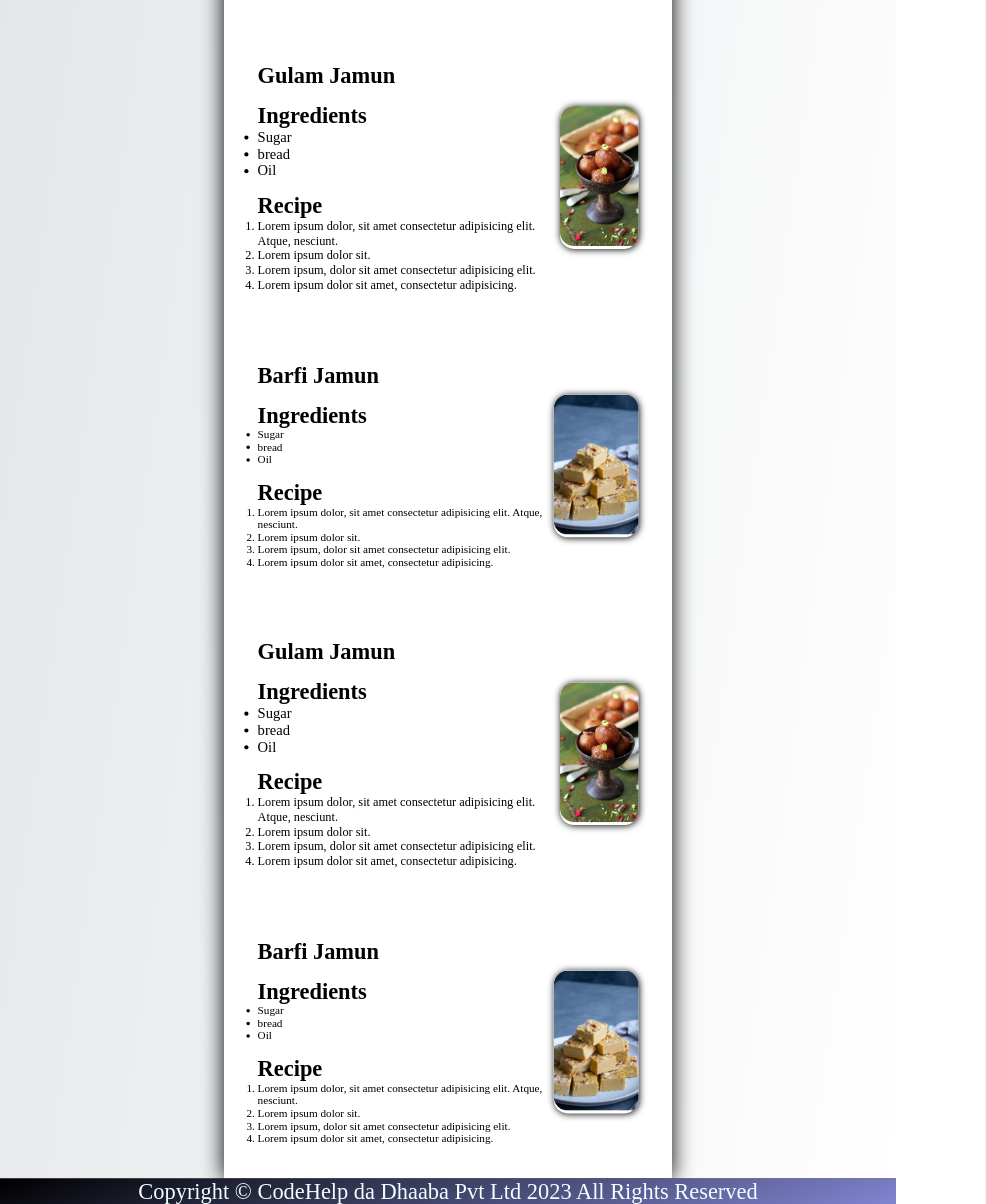
Repository: ssaddamhuss100/Recipe_Html_css
Page: index.html
An editor plug-in stored every save of this project. The page is shown before and after a run of saves, followed by the edit.
The browser window is 1280 px wide. The page is 1408 px wide, so the pictures cover 1408 px, including what lies to the right of the window. The pictures show the part of the page from y = 812 to 2532 px (the page is 2532 px tall before and 2513 px after), at 70% of full size.

Above is the page before, as saved 2024-12-12 10:51:12.

### index.html
<!DOCTYPE html>
<html lang="en">
<head>
    <meta charset="UTF-8">
    <meta http-equiv="X-UA-Compatible" content="IE=edge">
    <meta name="viewport" content="width=device-width, initial-scale=1.0">
    <title>Codehelp da Dhaaba</title>
    <link rel="stylesheet" href="style.css">
</head>
<body>

    <div class="container">

        <header>
            <div class="navContainer">
                <nav>
                    <ul id="navList">
                        <li>
                            <p id="navLogo">CodeHelp da Dhabba</p>
                        </li>
                        <li>
                            <div id="navItems">
                                <a href="#">Home</a>
                                <a href="#">Contact</a>
                                <a href="#">About</a>
                            </div>
                        </li>
                    </ul>
                </nav>
            </div>
        </header>

        <main>
            <div class="contentBox">
                <!-- item 1  -->
                <section>
                    <div class="item">
                        <div class="leftBox">
                            <!-- heaeding -->
                            <h2>Gulam Jamun</h2>

                            <div>
                                <h2>Ingredients</h2>
                                <ul class="ingBox">
                                    <li>Sugar</li>
                                    <li>bread</li>
                                    <li>Oil</li>
                                </ul>
                            </div>

                            <div>
                                <h2>Recipe</h2>
                                <ol class="recipeBox">
                                    <li>Lorem ipsum dolor, sit amet consectetur adipisicing elit. Atque, nesciunt.</li>
                                    <li>Lorem ipsum dolor sit.</li>
                                    <li>Lorem ipsum, dolor sit amet consectetur adipisicing elit.</li>
                                    <li>Lorem ipsum dolor sit amet, consectetur adipisicing.</li>
                                </ol>
                            </div>



                        </div>

                        <div class="rightBox">
                            <img
                                src="bread-gulab-jamun-recipe.jpg"
                            />
                            <div class="overlay">
                                <span> Click here to Buy</span>
                            </div>
                        </div>
                    </div>
                </section>

                <section>
                    <div class="item">
                        <div class="leftBox">
                            <!-- heaeding -->
                            <h2>Barfi Jamun</h2>

                            <div>
                                <h2>Ingredients</h2>
                                <ul>
                                    <li>Sugar</li>
                                    <li>bread</li>
                                    <li>Oil</li>
                                </ul>
                            </div>

                            <div>
                                <h2>Recipe</h2>
                                <ol>
                                    <li>Lorem ipsum dolor, sit amet consectetur adipisicing elit. Atque, nesciunt.</li>
                                    <li>Lorem ipsum dolor sit.</li>
                                    <li>Lorem ipsum, dolor sit amet consectetur adipisicing elit.</li>
                                    <li>Lorem ipsum dolor sit amet, consectetur adipisicing.</li>
                                </ol>
                            </div>



                        </div>
                        <div class="rightBox">
                            <img
                                src="Magaz-5-of-5-2-960x1440.jpg"
                            />
                        </div>
                    </div>
                </section>

                <section>
                    <div class="item">
                        <div class="leftBox">
                            <!-- heaeding -->
                            <h2>Gulam Jamun</h2>

                            <div>
                                <h2>Ingredients</h2>
                                <ul class="ingBox">
                                    <li>Sugar</li>
                                    <li>bread</li>
                                    <li>Oil</li>
                                </ul>
                            </div>

                            <div>
                                <h2>Recipe</h2>
                                <ol class="recipeBox">
                                    <li>Lorem ipsum dolor, sit amet consectetur adipisicing elit. Atque, nesciunt.</li>
                                    <li>Lorem ipsum dolor sit.</li>
                                    <li>Lorem ipsum, dolor sit amet consectetur adipisicing elit.</li>
                                    <li>Lorem ipsum dolor sit amet, consectetur adipisicing.</li>
                                </ol>
                            </div>



                        </div>

                        <div class="rightBox">
                            <img
                                src="bread-gulab-jamun-recipe.jpg"
                            />
                            <div class="overlay">
                                <span> Click here to Buy</span>
                            </div>
                        </div>
                    </div>
                </section>

                <section>
                    <div class="item">
                        <div class="leftBox">
                            <!-- heaeding -->
                            <h2>Barfi Jamun</h2>

                            <div>
                                <h2>Ingredients</h2>
                                <ul>
                                    <li>Sugar</li>
                                    <li>bread</li>
                                    <li>Oil</li>
                                </ul>
                            </div>

                            <div>
                                <h2>Recipe</h2>
                                <ol>
                                    <li>Lorem ipsum dolor, sit amet consectetur adipisicing elit. Atque, nesciunt.</li>
                                    <li>Lorem ipsum dolor sit.</li>
                                    <li>Lorem ipsum, dolor sit amet consectetur adipisicing elit.</li>
                                    <li>Lorem ipsum dolor sit amet, consectetur adipisicing.</li>
                                </ol>
                            </div>



                        </div>
                        <div class="rightBox">
                            <img
                                src="Magaz-5-of-5-2-960x1440.jpg"
                            />
                        </div>
                    </div>
                </section>

                <section>
                    <div class="item">
                        <div class="leftBox">
                            <!-- heaeding -->
                            <h2>Gulam Jamun</h2>

                            <div>
                                <h2>Ingredients</h2>
                                <ul class="ingBox">
                                    <li>Sugar</li>
                                    <li>bread</li>
                                    <li>Oil</li>
                                </ul>
                            </div>

                            <div>
                                <h2>Recipe</h2>
                                <ol class="recipeBox">
                                    <li>Lorem ipsum dolor, sit amet consectetur adipisicing elit. Atque, nesciunt.</li>
                                    <li>Lorem ipsum dolor sit.</li>
                                    <li>Lorem ipsum, dolor sit amet consectetur adipisicing elit.</li>
                                    <li>Lorem ipsum dolor sit amet, consectetur adipisicing.</li>
                                </ol>
                            </div>



                        </div>

                        <div class="rightBox">
                            <img
                                src="bread-gulab-jamun-recipe.jpg"
                            />
                            <div class="overlay">
                                <span> Click here to Buy</span>
                            </div>
                        </div>
                    </div>
                </section>

                <section>
                    <div class="item">
                        <div class="leftBox">
                            <!-- heaeding -->
                            <h2>Barfi Jamun</h2>

                            <div>
                                <h2>Ingredients</h2>
                                <ul>
                                    <li>Sugar</li>
                                    <li>bread</li>
                                    <li>Oil</li>
                                </ul>
                            </div>

                            <div>
                                <h2>Recipe</h2>
                                <ol>
                                    <li>Lorem ipsum dolor, sit amet consectetur adipisicing elit. Atque, nesciunt.</li>
                                    <li>Lorem ipsum dolor sit.</li>
                                    <li>Lorem ipsum, dolor sit amet consectetur adipisicing elit.</li>
                                    <li>Lorem ipsum dolor sit amet, consectetur adipisicing.</li>
                                </ol>
                            </div>



                        </div>
                        <div class="rightBox">
                            <img
                                src="Magaz-5-of-5-2-960x1440.jpg"
                            />
                        </div>
                    </div>
                </section>
            </div>
        </main>

        <footer>
           <div class="footerBox">
                <p>
                    Copyright  &copy; CodeHelp da Dhaaba Pvt Ltd 2023 All Rights Reserved
                </p>
           </div>
        </footer>


    </div>

</body>
</html>

### style.css
*{
    margin: 0;
    padding: 0;
    box-sizing: border-box;
}
.container{
    height: 100%;
    width: 100%;
    overflow-x: none;
    background-color: #e2e5e8;
    background-image: linear-gradient(98deg, #e2e5e8 0%, #ffffff 100%);

}

.navContainer{
    width: 110vw;
    /* background-color: rgba(113, 113, 154, 0.776);
    */
    background-color: #000000;
   background-image: linear-gradient(160deg, #000000 0%, #8085d0 100%);

    min-height: 30px;
    display: flex;
    justify-content: center;
    align-items: center;
    position: relative;
}
nav{
    width: 70%;
}
#navList{
    width: 90%;
    padding: 1px;

    list-style: none;
    font-size: 1rem;
    display: flex;
    justify-content: space-around;
    align-items: center;
}

#navLogo{
    font-size: 1.5rem;
    color: azure;
}

a{
    text-decoration: none;
    color: azure;
}
#navItems{
    display: flex;
    gap:40px;

}

footer{
    width: 100%;
}

.footerBox{
    background-color: #000000;
    background-image: linear-gradient(160deg, #000000 0%, #8085d0 100%);

    width: 100%;
    text-align: center;
    min-height: 10px;
}

.footerBox p {
    color: azure;
    font-size: 2rem;
}

.contentBox{
    width: 50%;
    margin: auto;
    /* border: 1px solid black; */
    background-color: white;
    display: flex;
    flex-direction: column;
    gap: 100px;
    padding: 3rem;
    box-shadow: 0px 0px 30px black;
}

.item{
    display: flex;
    justify-content: space-around;
    align-items: center;
}

.rightBox{
    position: relative;
    overflow: hidden;
    transition: all 0.3s linear 0s;
    box-shadow: 1px 1px 10px black;
    border-radius: 20px;
}

.rightBox img{
    height: 200px;
    border-radius: 20px;
    transition: all 0.6s linear 0s;
}

.rightBox:hover{
    transform: scale(1.1);
}

.leftBox{
    display: flex;
    flex-direction: column;
    gap: 20px;
}
.leftBox h2{
    font-size: 2rem;
}

.ingBox{
    font-size: 1.3rem;
}

.recipeBox{
    font-size: 1.1rem;
}

.rightBox .overlay{
    position: absolute;
    top: 0;
    left: 0;
    height: 100%;
    width: 100%;
    background-color: rgba(36, 34, 34, 0.713);
    border-radius: 20px;
    display: flex;
    align-items: center;
    justify-content: center;
    opacity: 0;
    transition: all 0.3s linear 0s;
}

.rightBox:hover .overlay{
    opacity: 1;
}

.rightBox .overlay span{
    color: white;
    font-size: 1.2rem;
}

After the next 2 saves:
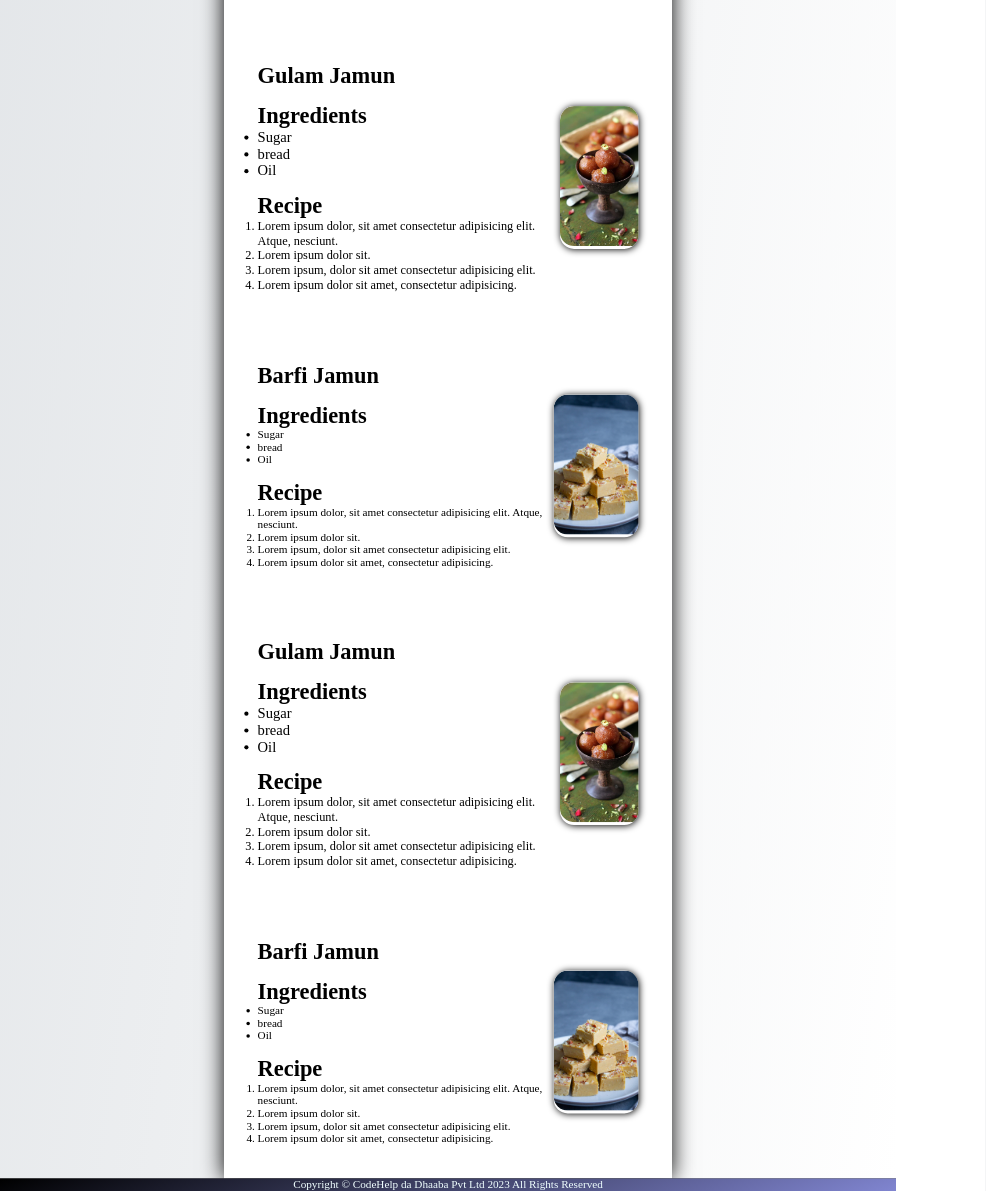
The 2 saves are shown as one change because they came seconds apart.
The last was saved 11 s later.
--- a/style.css
+++ b/style.css
@@ -69,7 +69,7 @@ footer{
 
 .footerBox p {
     color: azure;
-    font-size: 2rem;
+    font-size: 1rem;
 }
 
 .contentBox{
